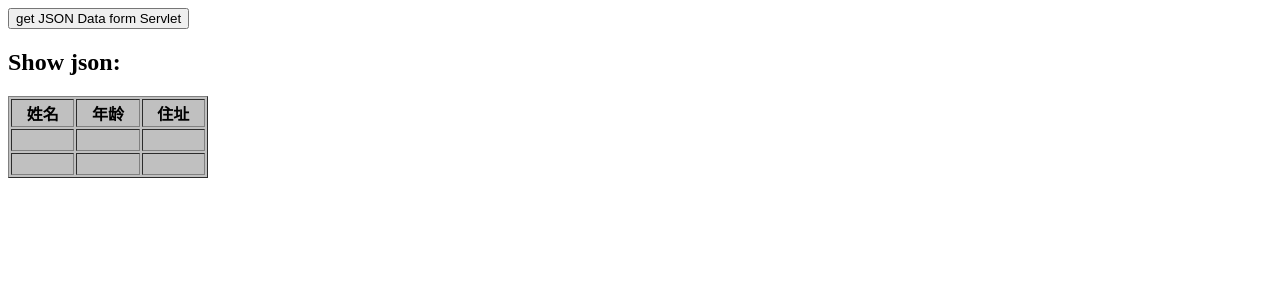
Repository: 728064001/MyProject
Page: http://localhost/CMS/test.jsp
An editor plug-in stored every save of this project. The page is shown before and after the next save, followed by the edit.
The browser window is 1280 px wide. The pictures show the whole page.
The page is served by Tomcat 9.

Above is the page before, as saved 2013-07-26 06:03:19.

After the next save:
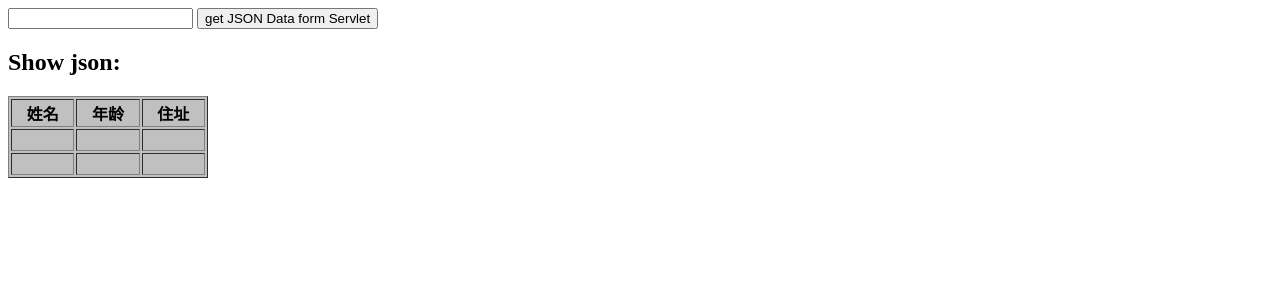
Saved 33 s later.
--- a/cms-server-code/CMS/WebRoot/test.jsp
+++ b/cms-server-code/CMS/WebRoot/test.jsp
@@ -24,6 +24,7 @@ String basePath = request.getScheme()+"://"+request.getServerName()+":"+request.
 	</head>
 
 	<body>
+		<input  id = "tel" />
 		<input type="button" value="get JSON Data form Servlet" onclick="sendRequest()"/><br/>
 
 		<h2>Show json:</h2>
